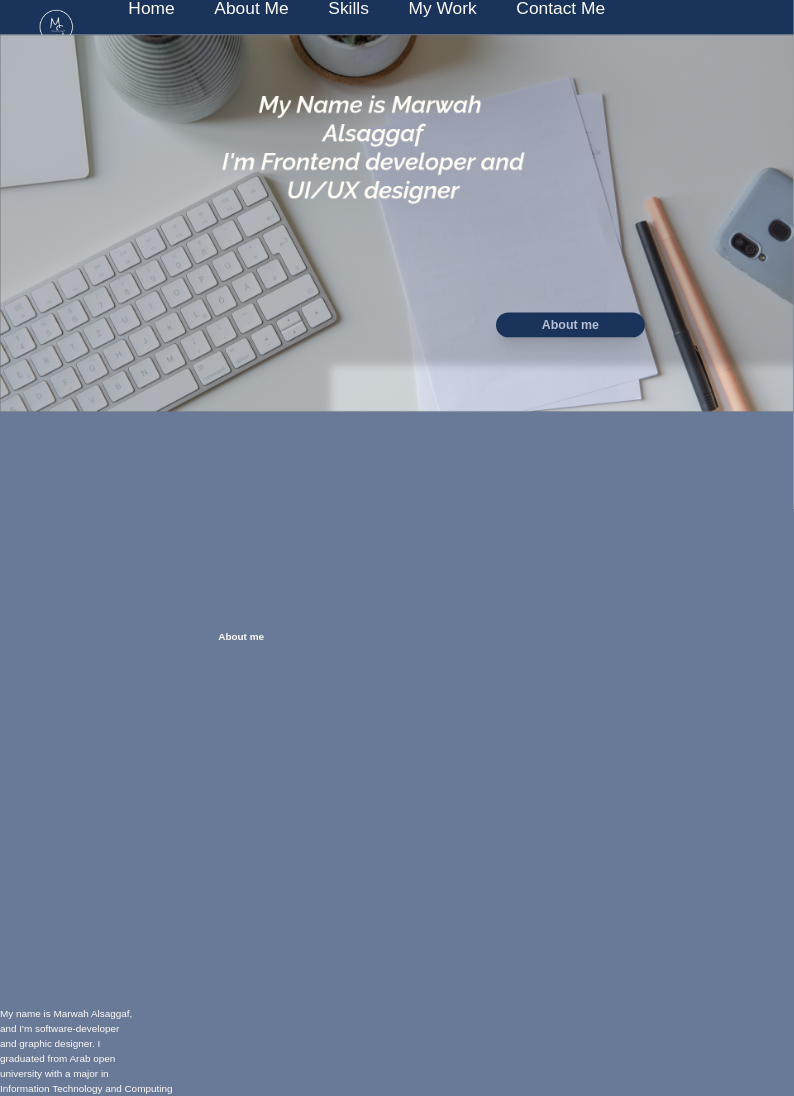
Repository: MEROO1010/my_portfolio
Page: /
The author's editor kept a copy of each file at every save. The page is drawn from the files as they stood at one save, then again after the next save.
The browser window is 1280 px wide. The pictures show the whole page, at 62% of full size.
The project was rebuilt for these pictures with package versions that can differ from the ones it lists, and the page was loaded fresh each time. The framework's server and built-in components were replaced by stand-ins that run in the browser. Also part of the build but not shown: next.config.js.

Above is the page before, as saved 2023-03-10 02:25:33.

### pages/_app.tsx
import '../styles/globals.css'
import type { AppProps } from 'next/app'
import 'tailwindcss/tailwind.css'


function MyApp({ Component, pageProps }: AppProps) {
  return <Component {...pageProps} />
}

export default MyApp

### pages/index.tsx
import type { NextPage } from 'next'
import AboutMe from './components/AboutMe'
import HomePage from './components/HomePage'

const Home: NextPage = () => {
  return (
    <div>
      <HomePage/>
      <AboutMe/>
    </div>
  )
}

export default Home

### styles/globals.css
@tailwind base;
@tailwind components;
@tailwind utilities;
@import url('https://fonts.googleapis.com/css2?family=Raleway:ital,wght@0,400;0,500;0,600;0,700;1,500;1,600&display=swap')

### pages/components/AboutMe.tsx
import React from 'react'
import Image from 'next/image'


const AboutMe = () => {
  return (
    <div className="bg-[#697A98]  ">

        <div className=" relative px-80 py-80 my-80 mx-80 left-80 top-80">
        <Image src="/assets/images/laptop-screen.png" alt="laptop" width={542} height={542}/>
        </div>


        <div className="text-[#FFFCF6] ">
            <h1 className=" relative py-18 my-60  px-40 mx-60 bottom-80 right-12 font-raleway font-bold ">About me</h1>
            <br/>
            <p className='font-raleway font-italic'>
            My name is Marwah Alsaggaf,<br/> and I'm software-developer <br/>
            and graphic designer. I <br/>
            graduated from Arab open <br/> university with a major in
             <br/> Information Technology and Computing
            </p>
        </div>

    </div>
  )
}

export default AboutMe

### pages/components/HomePage.tsx
import React from 'react'
import Image from 'next/image'


const HomePage = () => {
  return (
    <div className='bg-slate-700'>
        <Image src="/header.png" alt="Header" width={2000} height={0}/>

        <div className='mx-16 my-0 top-4  absolute	  '>
        <Image src="/my_logo_white.png" alt="My Logo" width={54} height={0}/>
        </div>

        <div>
          <ul className=' relative   float-right flex flex-col  px-8 mx-40 right-28   bottom-16   space-x-16 md:flex-row text-[#FFFCF6] text-[28px] font-raleway'>
            <li>Home</li>
            <li>About Me</li>
            <li>Skills</li>
            <li>My Work</li>
            <li>Contact Me</li>
          </ul>
        </div>


       <div className=' absolute   py-0'>
       <Image src="/assets/images/MainPage.png" alt="main image" width={1920} height={912}/>
        {/*add About Me button*/}
       <div className='absolute px-60 my-80 mx-60 left-80 top-32 '>
       <button className='bg-[#19335A] rounded-3xl w-60 h-10  text-[20px] text-[#B8BFD6] font-raleway font-semibold shadow-xl' >About me</button>
       </div>

        {/*add my others accounts list*/}

        <div>
          <ul className=' absolute   float-right flex flex-col top-80 py-60 px-80 mx-80 left-32   space-x-8 md:flex-row '>
            <li><a href='https://github.com/MEROO1010'><Image src="/assets/images/github.png" alt="main image" width={54} height={54}/></a></li>
            <li><a href='https://www.instagram.com/meroo_alsaggaf/'><Image src="/assets/images/instagram.png" alt="main image" width={64} height={53}/></a></li>
            <li><a href='https://www.behance.net/merooalsaggaf'><Image src="/assets/images/behance.png" alt="main image" width={54} height={54}/></a></li>
            <li><a href='https://www.linkedin.com/in/marwah-alsaggaf-ba44011b2/'><Image src="/assets/images/linkedIn.png" alt="main image" width={54} height={54}/></a></li>
          </ul>
        </div>
       </div>






    </div>
  )
}

export default HomePage

### tailwind.config.js
/** @type {import('tailwindcss').Config} */
module.exports = {
   purge: ['./pages/**/*.{js,ts,jsx,tsx}', './components/**/*.{js,ts,jsx,tsx}'],
  content: [
    './pages/**/*.{js,ts,jsx,tsx}',
    './components/**/*.{js,ts,jsx,tsx}',
    './app/**/*.{js,ts,jsx,tsx}',
  ],
  theme: {
    extend:
    {
      fontFamily: {
        'raleway': ['Raleway', 'sans-serif']
      },
    },
  },
  plugins: [],
}

After the next save:
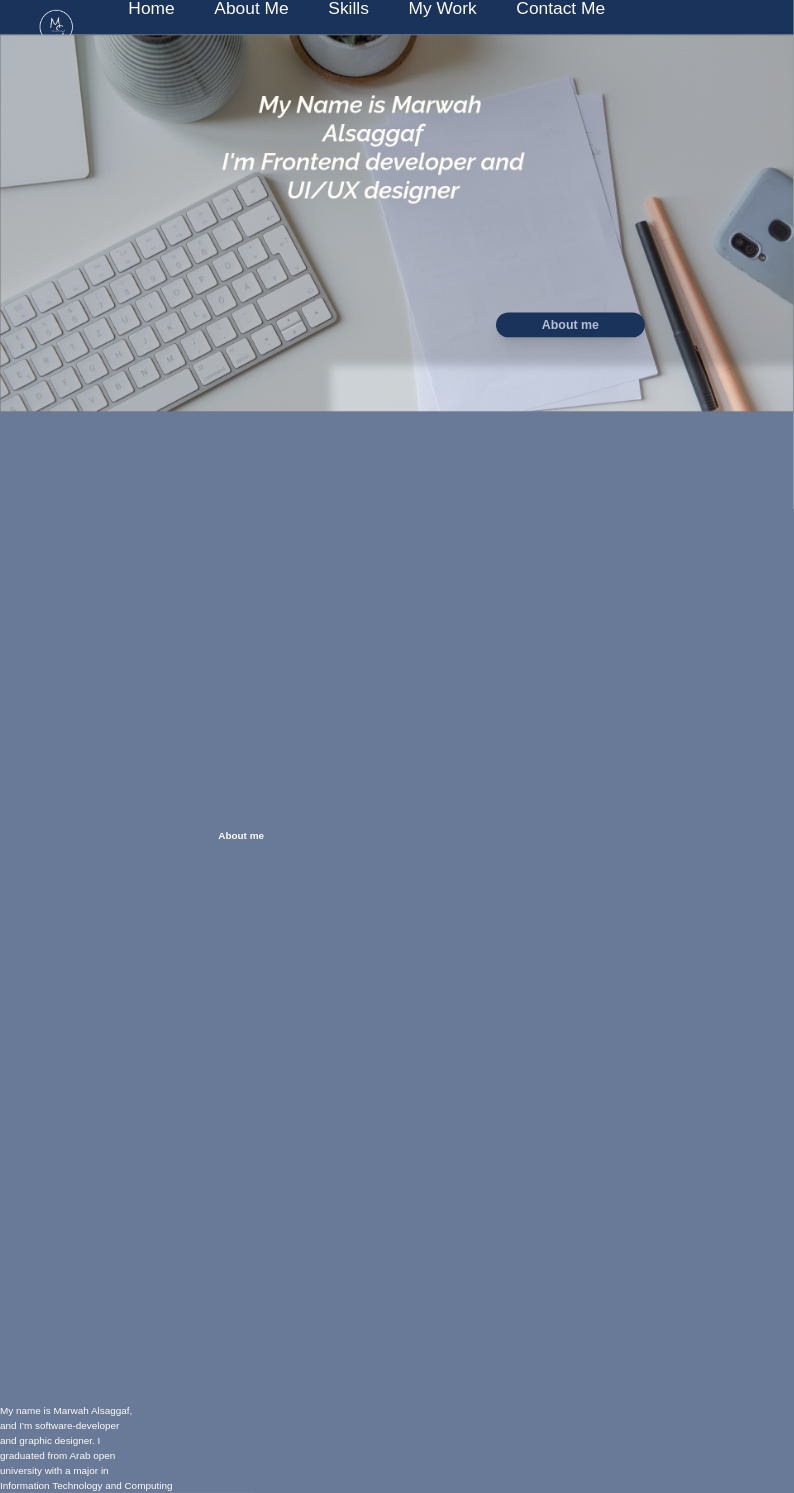
Saved 5 s later.
--- a/pages/components/AboutMe.tsx
+++ b/pages/components/AboutMe.tsx
@@ -12,7 +12,7 @@ const AboutMe = () => {
 
 
         <div className="text-[#FFFCF6] ">
-            <h1 className=" relative py-18 my-60  px-40 mx-60 bottom-80 right-12 font-raleway font-bold ">About me</h1>
+            <h1 className=" relative py-80 my-60  px-40 mx-60 bottom-80 right-12 font-raleway font-bold ">About me</h1>
             <br/>
             <p className='font-raleway font-italic'>
             My name is Marwah Alsaggaf,<br/> and I'm software-developer <br/>
